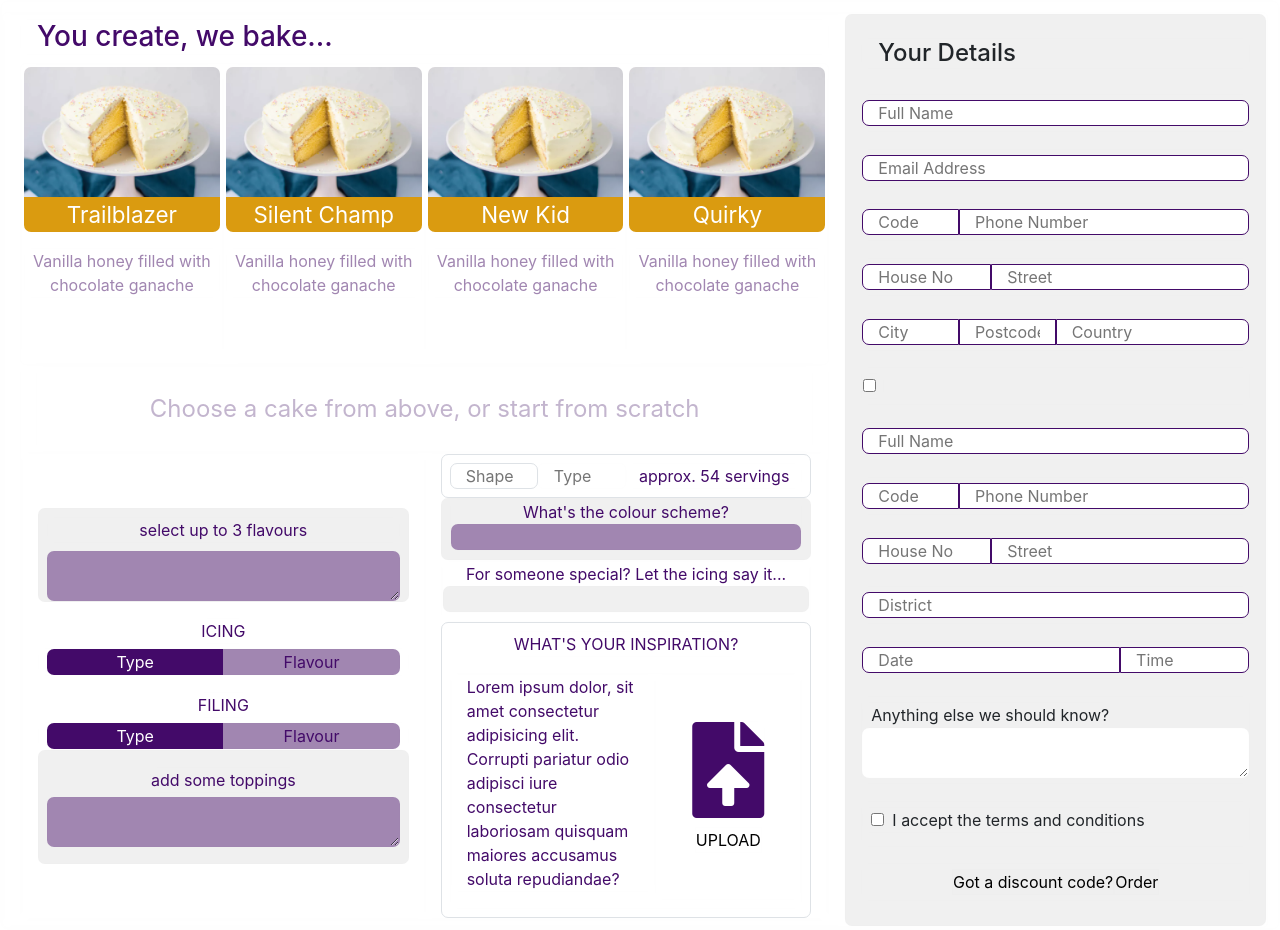
Repository: I-Alpha/BakeryOrderForm
Page: Order-Page.html
These files come from the project's save history. The page is drawn as it stood at one moment and after the next save; the edit follows.
The browser window is 1280 px wide. The pictures show the whole page.

Above is the page before, as saved 2020-12-29 04:50:41.

### Order-Page.html
<!DOCTYPE html>
<html lang="en">

<head>
    <meta charset="UTF-8">
    <meta name="viewport" content="width=device-width, initial-scale=1.0">
    <link rel="stylesheet" href="https://use.fontawesome.com/releases/v5.7.0/css/all.css"
        integrity="sha384-lZN37f5QGtY3VHgisS14W3ExzMWZxybE1SJSEsQp9S+oqd12jhcu+A56Ebc1zFSJ" crossorigin="anonymous">
    <link href="https://stackpath.bootstrapcdn.com/bootstrap/4.5.2/css/bootstrap.min.css" rel="stylesheet">
    <script src="https://ajax.googleapis.com/ajax/libs/jquery/3.5.1/jquery.min.js"></script>
    <script src="https://stackpath.bootstrapcdn.com/bootstrap/4.5.2/js/bootstrap.bundle.min.js"></script>
    <title>Document</title>
    <style>
        :root {
            --primary-font: 1.6rem;
            --cake-font-size: 1.4rem;
            --secondary-font: 1rem;
            --primary-colour: #430a69ff;
            --secondary-colour: #a186b1ff;
            --text-faded: #c3b5ce;
            --background-faded: rgb(240, 240, 240);
        }

        * {
            border: 1px solid rgba(0, 0, 0, 0.002);
            border-radius: 7px;
            box-sizing: border-box;
            margin: 0;
            padding: 0;
        }

        html {
            font-size: 1rem;
        }

        html,
        body,
        .container-fluid {
            width: 100%;
            background-color: white;
        }


        #sec2-label {
            color: var(--text-faded);
            font-size: 1.5rem;

        }

        .purple_font {
            color: #430a69ff;
        }

        .light_purple_font {
            color: #a186b1ff;
        }

        .light_purple_background {
            background-color: #a186b1ff;
        }


        .purple_background {
            background-color: #430a69ff;
        }

        .textfaded {
            color: var(--text-faded);
        }

        .background_faded {
            background-color: var(--background-faded);
        }

        .buttergold {
            background-color: #da9b0eff
        }

        .input-group {}

        .pull-up {
            top: -50%;
        }

        .split-row-1 {
            height: 100%;
        }

        .split-row-2 {
            height: 50%;
        }

        #main_col_1 * {}

        #main_col_1 {}

        #main_col_2 * {}

        #main_col_2 {
            background-color: rgb(240, 240, 240);
            height: auto;
            justify-content: center;
            padding: 5px 5px;
        }

        #main_col_2 div.input-group {
            padding-top: 5px;
            padding-bottom: 5px;
        }

        #main_col_2 input {
            border: 1px solid var(--primary-colour);
        }


        #main_col_1 .input-group,
        #main_col_2 .input-group {}

        .col-8,
        .col-4 {}

        #deliveryBtn.active{
            background-color: var(--primary-colour);
            color: var(--primary-colour);
        }
        #collectionBtn.active{
            background-color: var(--primary-colour);
            color: var(--primary-colour);
        }

        #collectionBtn,
        #deliveryBtn {
            border-radius: 30px;
            border: 1px solid var(--primary-colour);
            display: inline-block;

        }

        #collectionBtn{
        }
        #deliveryBtn {}


        #deliveryBtn {
            background-color: white;
        }

        #collectionBtn {
            background-color: white;
            border: 1px solid var(--primary-colour);
        }



        #cake-image-container p:nth-child(2) {
            background-color: #da9b10;
            color: white;
            border-top-left-radius: 0;
            border-top-right-radius: 0;
        }

        #cake-image-container {
            padding: 0;
            margin: 0;
        }

        div#cake-image-container p:nth-child(3) {
            color: var(--secondary-colour);
        }

        #cake-image-container>div {
            font-size: var(--secondary-font);
            border-radius: 15px 15px 15px 15px;
            min-height: 100px;
            min-width: 140px;
        }

        .left-curve {
            border-top-right-radius: 0;
            border-bottom-right-radius: 0;
        }

        .right-curve {
            border-top-left-radius: 0;
            border-bottom-left-radius: 0;
        }

        #cake-image-container div * {}

        #cake-image-container div img {
            border-bottom-left-radius: 0;
            border-bottom-right-radius: 0;
            min-height: 120px;
        }

        #cake-image-container p {
            display: flex;
            text-align: center;
            justify-content: center;
            align-items: center;
        }

        p {}

        div.h3 {
            text-align: center;
        }

        .input-group {
            display: flex;
        }

        .switch6 {  max-width: 17em;  margin: 0 auto; }
        .switch6-light > span, .switch-toggle > span {  color: #000000; }
        .switch6-light span span, .switch6-light label, .switch-toggle span span, .switch-toggle label {  color: #2b2b2b; }

        .switch-toggle a,
        .switch6-light span span { display: none; }

        .switch6-light { display: block; height: 30px; position: relative; overflow: visible; padding: 0px; margin-left:0px; }
        .switch6-light * { box-sizing: border-box; }
        .switch6-light a { display: block; transition: all 0.3s ease-out 0s; }

        .switch6-light label,
        .switch6-light > span { line-height: 30px; vertical-align: middle;}

        .switch6-light label {font-weight: 700; margin-bottom: px; max-width: 100%;}

        .switch6-light input:focus ~ a, .switch6-light input:focus + label { outline: 1px dotted rgb(136, 136, 136); }
        .switch6-light input { position: absolute; opacity: 0; z-index: 5; }
        .switch6-light input:checked ~ a { right: 0%; }
        .switch6-light > span { position: absolute; left: -100px; width: 100%; margin: 0px; padding-right: 100px; text-align: left; }
        .switch6-light > span span { position: absolute; top: 0px; left: 0px; z-index: 5; display: block; width: 50%; margin-left: 100px; text-align: center; }
        .switch6-light > span span:last-child { left: 50%; }
        .switch6-light a { position: absolute; right: 50%; top: 0px; z-index: 4; display: block; width: 50%; height: 100%; padding: 0px; }

        /* Extra small devices (portrait phones, less than 576px)
         No media query since this is the default in Bootstrap */

        /* Small devices (landscape phones, 576px and up) */
        @media (min-width: 576px) {
            html {}

            #main_col_1 {
                justify-content: space-around;
                align-items: space-around;
                padding: 15px;
            }

            #main_col_2 {
                padding: 15px;
                max-width: 89%;
            }

            div.h3 {
                width: 100%;
                text-align: start;
            }


            #cake-image-container>div {
                width: 150px;
                font-size: var(--secondary-font);
                border-radius: 15px 15px 15px 15px;
                min-height: 300px;
                padding: 20px 15px 10px 15px;

            }
        }

        /* Medium devices (tablets, 768px and up) */
        @media (min-width: 768px) {

            #main_col_1 {
                min-height: 100vh;
                justify-content: center;
                align-items: center;
            }

            html {}

            body {
                align-items: center;
                justify-content: center;
                padding: 10px 10px 0 0px;
            }

            #cake-image-container p:nth-child(2) {
                background-color: #da9b10;
                font-size: var(--cake-font-size);
                color: white;
                border-top-left-radius: 0;
                border-top-right-radius: 0;
            }

            div.h3 {
                text-align: none;
                margin-top: ;
            }
        }

        /* Large devices (desktops, 992px and up) */
        @media (min-width: 992px) {
            #cake-image-container>div {
                min-width: 140px;
                padding: 2px;
            }

        #collectionBtn,
        #deliveryBtn {
            border-radius: 30px;
            border: 1px solid var(--primary-colour);
            display: inline-block;
            height:2rem;
            padding-top: 0;
            line-height: 1rem;
            padding-bottom: 3px;
          }

            #main_col_2{
                height:100%;
               align-items: space-around;
               justify-content: space-around;
            }
        }



        /* Extra large devices (large desktops, 1200px and up) */
        @media (min-width: 1200px) {}
    </style>
</head>

<body>
    <div class="container-fluid d-flex">
        <div class="row justify-content-center align-items-start">
            <div id="main_col_1"
                class=" d-flex flex-column col-12 col-sm-12 col-md-12 col-lg-8 purple_font py-1 justify-content-center align-items-center ">
                <div class="h3 w-100 px-3">You create, we bake...</div>
                <div id="cake-image-container"
                    class="row d-flex justify-content-between text-center container-fluid px-0">
                    <div class="d-flex flex-column col-6 col-sm-6 col-md-3 col-lg-3 ">
                        <img src="Assets\baked-yellow-cake.jpg" class="img-fluid" alt="Responsive image">
                        <p>Trailblazer</p>
                        <p>Vanilla honey filled with chocolate ganache</p>
                    </div>
                    <div class="d-flex flex-column col-6 col-sm-6 col-md-3 col-lg-3">
                        <img src="Assets\baked-yellow-cake.jpg" class="img-fluid" alt="Responsive image">
                        <p class="">Silent Champ</p>
                        <p>Vanilla honey filled with chocolate ganache</p>
                    </div>
                    <div class="d-flex flex-column col-6 col-sm-6 col-md-3 col-lg-3">
                        <img src="Assets\baked-yellow-cake.jpg" class="img-fluid" alt="Responsive image">
                        <p>New Kid</p>
                        <p>Vanilla honey filled with chocolate ganache</p>
                    </div>
                    <div class="d-flex flex-column col-6 col-sm-6 col-md-3 col-lg-3">
                        <img src="Assets\baked-yellow-cake.jpg" class="img-fluid" alt="Responsive image">
                        <p>Quirky</p>
                        <p>Vanilla honey filled with chocolate ganache</p>
                    </div>
                </div>
                <div class="col-12 col-sm-12 col-md-12 flex flex-column justify-content-center align-items-center"
                    style="justify-content:center;">
                    <div id="sec2-label" class="py-4 text-center">Choose a cake from above, or start from scratch</div>
                    <div class="row">
                        <div
                            class="col-12 col-sm-12 col-md-6 justify-content-center d-flex flex-column align-items-center">
                            <div class="row d-flex flex-column input-group background_faded px-2 ">
                                <p class="mb-2 mt-2 text-center">select up to 3 flavours</p>
                                <textarea class="w-100 light_purple_background"></textarea>
                            </div>
                            <p class="mb-1 mt-3">ICING</p>
                            <div class="row input-group px-2" style="justify-content:center;">
                                <input class="input col-6 w-100 purple_background text-center left-curve"
                                    style="color:white;" value="Type"><input
                                    class="input col-6 w-100 light_purple_background text-center right-curve"
                                    style="color:var(--primary-colour);" value="Flavour">
                            </div>
                            <p class="mb-1 mt-3">FILING</p>
                            <div class="row input-group px-2" style="justify-content:center;">
                                <input class="input col-6 w-100 purple_background text-center left-curve"
                                    style="color:white;" value="Type"><input
                                    class="input col-6 w-100 light_purple_background text-center right-curve"
                                    style="color:var(--primary-colour);" value="Flavour">
                            </div>
                            <div
                                class="row d-flex flex-column input-group background_faded align-items-center pb-3 px-2">
                                <p class="mb-1 mt-3">add some toppings</p>
                                <textarea class="w-100 light_purple_background"></textarea>
                            </div>
                        </div>
                        <div class="col d-flex flex-column justify-content-between align-items-around">
                            <div class="row-lg-1 input-group d-flex align-items-start justify-content-center border my-0 w-100 pt-2 px-2"
                                style="height:auto" >
                                <input class="input w-100 border col-3" placeholder="Shape">
                                <input class="input w-100 col-3 " placeholder="Type">
                                <label
                                    class="col-6 p-0 text-center d-flex w-100 justify-content-center align-items-center">approx.
                                    54 servings</label>
                            </div>
                            <div class="input-group justify-content-center row-lg-3 background_faded px-2">
                                <label class="text-center w-100"> What's the colour scheme?
                                    <input class="input w-100 light_purple_background">
                                </label>
                            </div>
                            <div class="input-group w-100 justify-content-center align-items-around row-lg-3">
                                <label class="text-center w-100 ">For someone special? Let the icing say it...
                                    <input class="input w-100 background_faded">
                                </label>
                            </div>
                            <div class="input-group row-lg-5 d-flex flex-column align-items-center border py-2 px-2">
                                <p class="row-lg-1 ">WHAT'S YOUR INSPIRATION?</p>
                                <div class="row-lg-11 input-group d-flex">
                                    <p class="col-7">Lorem ipsum dolor, sit amet consectetur adipisicing elit.
                                        Corrupti pariatur odio adipisci iure consectetur laboriosam quisquam maiores
                                        accusamus soluta repudiandae?</p>
                                    <label class="col-5 d-flex justify-content-center flex-column align-items-center">
                                        <i class="row fas fa-file-upload" style="font-size: 6rem;"></i>
                                        <button style="background:white" class="row mt-2">UPLOAD</button>
                                    </label>
                                </div>
                            </div>
                        </div>
                    </div>
                </div>
            </div>
            <div id="main_col_2"
                class="col-12 col-sm-12 col-md-12 col-lg-4 d-flex flex-column align-items-center justify-content-around">
                <div class="h4 w-100 px-3">Your Details</div>
                <div class="input-group">
                    <input class="col " placeholder="Full Name">
                </div>
                <div class="input-group">
                    <input class="col" placeholder="Email Address">
                </div>
                <div class="input-group">
                    <input class="col-3 left-curve" placeholder="Code"><input class="col-9 right-curve"
                        placeholder="Phone Number">
                </div>
                <div class="input-group">
                    <input class="col-4 left-curve" placeholder="House No"><input class="col-8 right-curve"
                        placeholder="Street">
                </div>
                <div class="input-group">
                    <input class="col-3 left-curve" placeholder="City">
                    <input class="col-3" style="border-radius: 0%;" placeholder="Postcode">
                    <input class="col-6 right-curve" placeholder="Country">
                </div>
                <div class="input-group">
                    <span class="switcher switcher-1">
                        <input type="checkbox" id="switcher-1">
                        <label for="switcher-1"></label>
                    </span>
                </div>
                <div class="input-group">
                    <input class="col" placeholder="Full Name">
                </div>
                <div class="input-group">
                    <input class="col-3 left-curve" placeholder="Code"><input class="col-9 right-curve"
                        placeholder="Phone Number">
                </div>
                <div class="input-group">
                    <input class="col-4 left-curve" placeholder="House No"><input class="col-8 right-curve"
                        placeholder="Street">
                </div>
                <div class="input-group">
                    <input class="col" placeholder="District">
                </div>
                <div class="input-group">
                    <input class="col-8 left-curve" placeholder="Date"><input class="col-4 right-curve"
                        placeholder="Time">
                </div>
                <div class="input-group">
                    <p class=" mb-0 pl-2">Anything else we should know?</p>
                    <textarea class="input-fluid   w-100 "></textarea>
                </div>
                <div class="input-group">
                    <label for="tc_Check">
                        <input id="tc_Check" type="checkbox" class="input mx-2">I accept the terms and conditions
                    </label>
                </div>
                <div class="row input-group justify-content-center ">
                    <button>Got a discount code?</button>
                    <button>Order</button>
                </div>
            </div>
        </div>
    </div>
    <script>

$('.btn-toggle').click(function() {

    $(this).find('.btn').toggleClass('active');

    if ($(this).find('.btn-primary').size()>0) {
        $(this).find('.btn').toggleClass('btn-primary');
    }
    if ($(this).find('.btn-default').size()>0) {
    	$(this).find('.btn').toggleClass('btn-default');
    }
    if ($(this).find('.btn-success').size()>0) {
    	$(this).find('.btn').toggleClass('btn-success');
    }
    if ($(this).find('.btn-info').size()>0) {
        $(this).find('.btn').toggleClass('btn-info');
    }
    $(this).find('.btn').toggleClass('btn-default');

});
    </script>
</body>

</html>

After the next save:
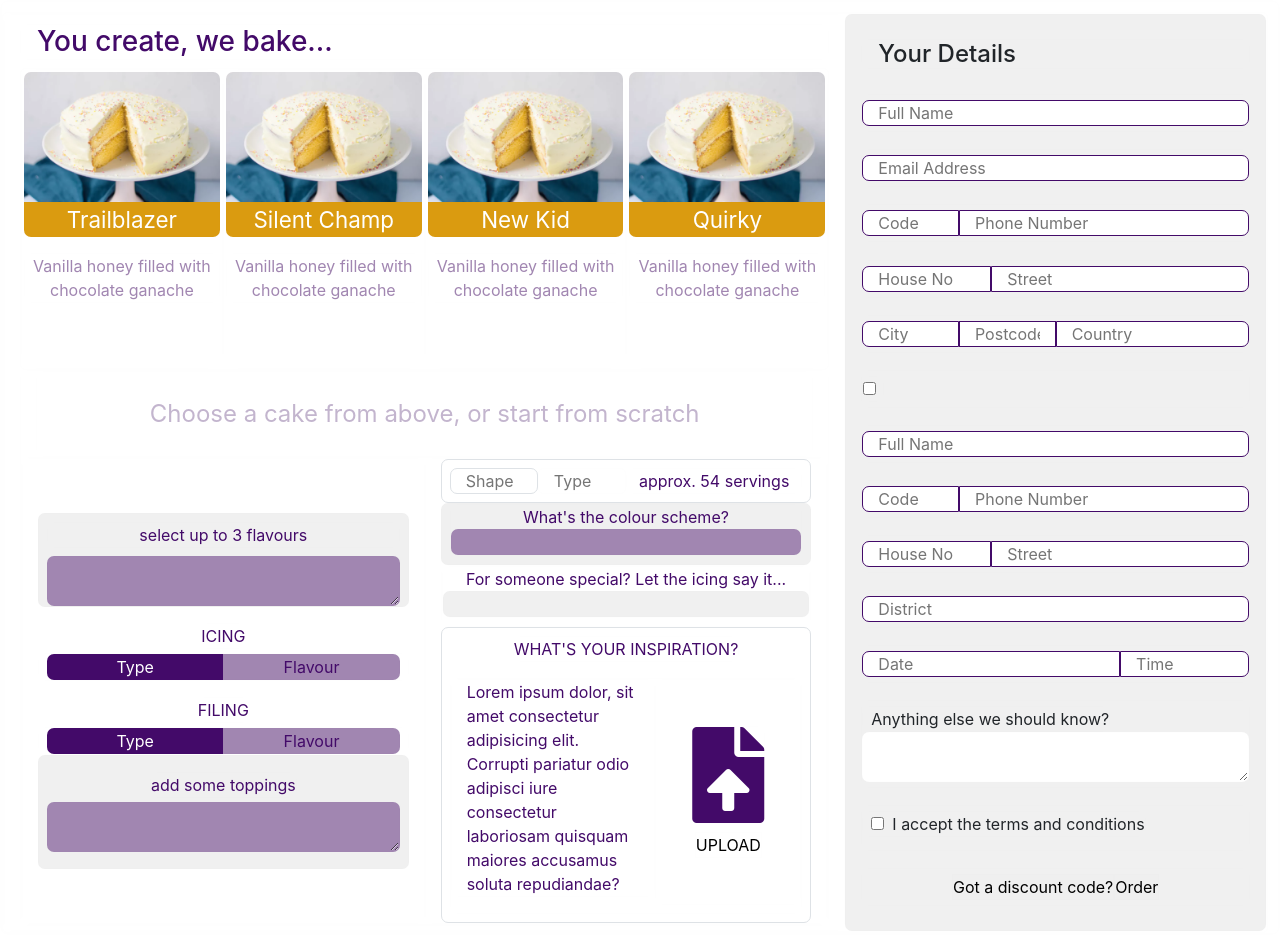
Saved 4 s later.
--- a/Order-Page.html
+++ b/Order-Page.html
@@ -295,7 +295,7 @@
 
             div.h3 {
                 text-align: none;
-                margin-top: ;
+                margin-top: 5px;
             }
         }
 
